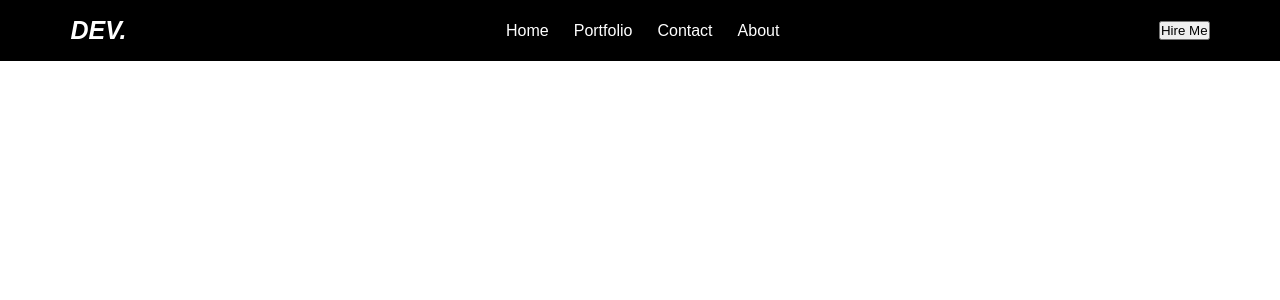
Repository: DevAntonioRogers/vanilla-responsive-navbar
Page: index.html
An editor plug-in stored every save of this project. The page is shown before and after the next save, followed by the edit.
The browser window is 1280 px wide. The pictures show the whole page.
Some web fonts or font styles are not loaded; a fallback is used.

Above is the page before, as saved 2023-06-04 21:20:44.
Console error: TypeError: Cannot read properties of null (reading 'addEventListener')

### index.html
<!DOCTYPE html>
<html lang="en">
  <head>
    <meta charset="UTF-8" />
    <meta http-equiv="X-UA-Compatible" content="IE=edge" />
    <meta
      name="viewport"
      content="width=device-width, initial-scale=1.
    0"
    />
    <link rel="stylesheet" href="style.css" />
    <title>Document</title>
  </head>
  <body>
    <nav>
      <div class="nav-container">
        <h1>Dev.</h1>

        <ul class="nav-menu">
          <li>Home</li>
          <li>Portfolio</li>
          <li>Contact</li>
          <li>About</li>
        </ul>

        <button>Hire Me</button>
      </div>
    </nav>
    <script src="app.js"></script>
  </body>
</html>

### style.css
@import url("https://fonts.googleapis.com/css2?family=Geologica:wght@400;500;700;800&display=swap");

* {
  box-sizing: border-box;
  padding: 0;
  margin: 0;
  font-family: Geologica, sans-serif;
}

a {
  text-decoration: none;
}

li {
  list-style: none;
}

nav {
  background-color: black;
}

.nav-container {
  background-color: inherit;
  color: white;
  padding: 1rem 0;
  width: 89%;
  margin: auto;
  display: flex;
  align-items: center;
  justify-content: space-between;
}

.nav-container h1 {
  font-size: 25px;
  text-transform: uppercase;
  font-style: italic;
}

.nav-menu {
  display: flex;
  gap: 25px;
}

### app.js
const hamburger = document.querySelector('.hamburger')
const navMenu = document.querySelector('.nav-menu')

hamburger.addEventListener('click', () => {
  hamburger.classList.toggle('active')
  navMenu.classList.toggle('active')
})




const textToType = ["JavaScript.", "React.", "HTML.", "CSS."];
let currentIndex = 0;
let currentText = "";
let deleting = false;

function typeText() {
  if (currentIndex >= textToType.length) {
    currentIndex = 0;
  }

  currentText = deleting
    ? textToType[currentIndex].substring(0, currentText.length - 1)
    : textToType[currentIndex].substring(0, currentText.length + 1);

  document.getElementById("typing-text").textContent = currentText;

  if (!deleting && currentText === textToType[currentIndex]) {
    deleting = true;
    setTimeout(typeText, 1000);
  } else if (deleting && currentText === "") {
    deleting = false;
    currentIndex++;
    setTimeout(typeText, 500);
  } else {
    setTimeout(typeText, deleting ? 100 : 200);
  }
}

typeText();

After the next save:
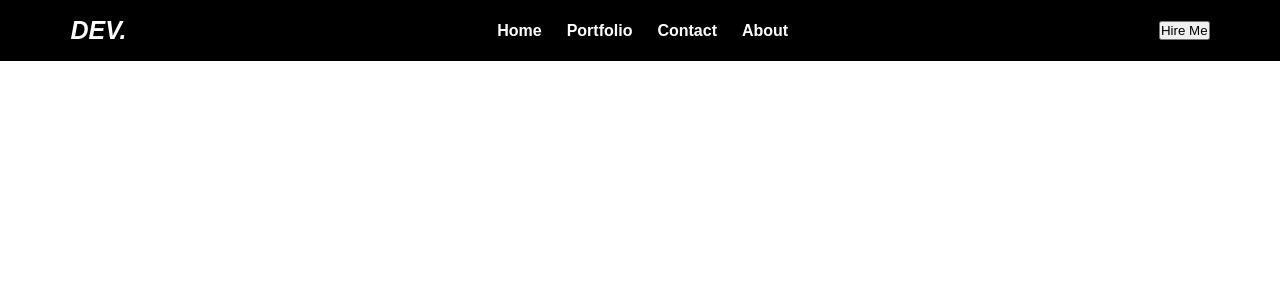
Saved 61 s later.
--- a/style.css
+++ b/style.css
@@ -40,3 +40,7 @@ nav {
   display: flex;
   gap: 25px;
 }
+
+.nav-menu > * {
+  font-weight: 600;
+}
